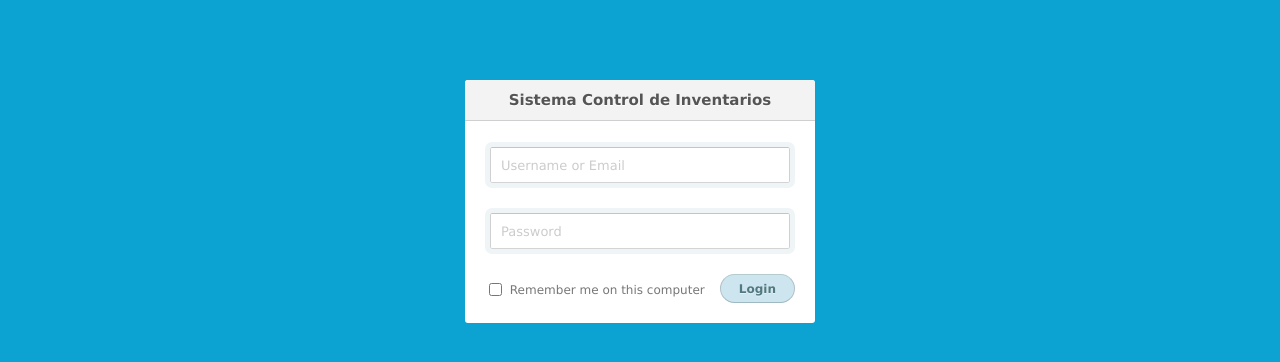
Repository: blessed-skate/InventoryControlSystem
Page: http://localhost/InventoryControlSystemPortal/jsp/login.jsp
The author's editor kept a copy of each file at every save. The page is drawn from the files as they stood at one save, then again after the next save.
The browser window is 1280 px wide. The pictures show the whole page.
The page is served by Tomcat 9. Nobody is signed in. The application's start-up code is not run. Other server files are loaded and not shown.

Above is the page before, as saved 2015-07-21 19:46:32.

### InventoryControlSystemPortal/WebContent/jsp/login.jsp
<!DOCTYPE html>
<html lang="en">
<head>
<meta charset="utf-8">
<meta http-equiv="X-UA-Compatible" content="IE=edge,chrome=1">
<title>Login Form</title>
<link rel="stylesheet" href="css/style.css">
</head>
<body>
	<div class="container">
		<div class="login">
			<h1>Sistema Control de Inventarios</h1>
			<form method="post" action="index.html">
				<p>
					<input type="text" name="j_username" value=""
						placeholder="Username or Email">
				</p>
				<p>
					<input type="password" name="j_password" value=""
						placeholder="Password">
				</p>
				<p class="remember_me">
					<label> <input type="checkbox" name="remember_me"
						id="remember_me"> Remember me on this computer
					</label>
				</p>
				<p class="submit">
					<input type="submit" name="commit" value="Login">
				</p>
			</form>
		</div>
	</div>
</body>
</html>

### InventoryControlSystemPortal/WebContent/css/style.css
body {
	font: 13px/20px 'Lucida Grande', Tahoma, Verdana, sans-serif;
	color: #404040;
	background: #0ca3d2;
}

.container {
	margin: 80px auto;
	width: 640px;
}

.login {
	position: relative;
	margin: 0 auto;
	padding: 20px 20px 20px;
	width: 310px;
	background: white;
	border-radius: 3px; @ include box-shadow(0 0 200px rgba(white, .5), 0
	1px 2px rgba(black, .3)); &: before { content : '';
	position: absolute;
	top: -8px;
	right: -8px;
	bottom: -8px;
	left: -8px;
	z-index: -1;
	background: rgba(black, .08);
	border-radius: 4px;
}

h1 {
	margin: -20px -20px 21px;
	line-height: 40px;
	font-size: 15px;
	font-weight: bold;
	color: #555;
	text-align: center;
	text-shadow: 0 1px white;
	background: #f3f3f3;
	border-bottom: 1px solid #cfcfcf;
	border-radius: 3px 3px 0 0;
	@
	include
	linear-gradient(top,
	whiteffd,
	#eef2f5);
	@
	include
	box-shadow(0
	1px
	#f5f5f5);
}

p {
	margin: 20px 0 0;
}

p:first-child {
	margin-top: 0;
}

input[type=text], input[type=password] {
	width: 278px;
}

p.remember_me {
	float: left;
	line-height: 31px; label { font-size : 12px;
	color: #777;
	cursor: pointer;
}

input {
	position: relative;
	bottom: 1px;
	margin-right: 4px;
	vertical-align: middle;
}

}
p.submit {
	text-align: right;
}

}
.login-help {
	margin: 20px 0;
	font-size: 11px;
	color: white;
	text-align: center;
	text-shadow: 0 1px #2a85a1; a { color : #cce7fa;
	text-decoration: none;
	&:
	hover
	{
	text-decoration
	:
	underline;
}

}
}
:-moz-placeholder {
	color: #c9c9c9 !important;
	font-size: 13px;
}

::-webkit-input-placeholder {
	color: #ccc;
	font-size: 13px;
}

input {
	font-family: 'Lucida Grande', Tahoma, Verdana, sans-serif;
	font-size: 14px;
}

input[type=text], input[type=password] {
	margin: 5px;
	padding: 0 10px;
	width: 200px;
	height: 34px;
	color: #404040;
	background: white;
	border: 1px solid;
	border-color: #c4c4c4 #d1d1d1 #d4d4d4;
	border-radius: 2px;
	outline: 5px solid #eff4f7;
	-moz-outline-radius: 3px; // Can we get this on WebKit please? @include
	box-shadow(inset 0 1px 3px rgba(black, .12)); &: focus { border-color :
	#7dc9e2;
	outline-color: #dceefc;
	outline-offset: 0;
	//
	WebKit
	sets
	this
	to
	-1
	by
	default
}

}
input[type=submit] {
	padding: 0 18px;
	height: 29px;
	font-size: 12px;
	font-weight: bold;
	color: #527881;
	text-shadow: 0 1px #e3f1f1;
	background: #cde5ef;
	border: 1px solid;
	border-color: #b4ccce #b3c0c8 #9eb9c2;
	border-radius: 16px;
	outline: 0; @ include box-sizing(content-box); // Firefox sets this to
	border-box by default @include linear-gradient(top, #edf5f8, #cde5ef);
	@ include box-shadow(inset 0 1px white, 0 1px 2px rgba(black, .15)); &:
	active { background : #cde5ef;
	border-color: #9eb9c2 #b3c0c8 #b4ccce;
	@
	include
	box-shadow(inset
	0
	0
	3px
	rgba(black,
	.2));
}

}
.lt-ie9 {input [type=text], input[type=password] { line-height:34px;

}
}

After the next save:
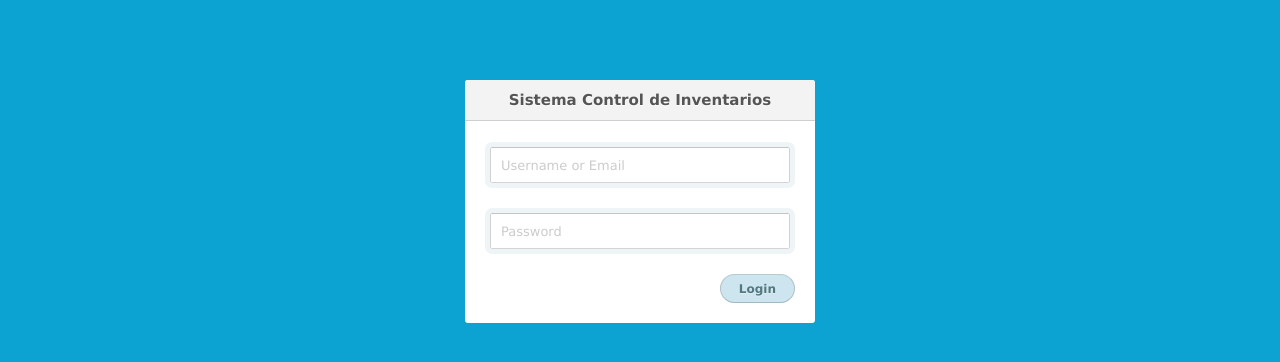
Saved 72 s later.
--- a/InventoryControlSystemPortal/WebContent/jsp/login.jsp
+++ b/InventoryControlSystemPortal/WebContent/jsp/login.jsp
@@ -19,11 +19,6 @@
 					<input type="password" name="j_password" value=""
 						placeholder="Password">
 				</p>
-				<p class="remember_me">
-					<label> <input type="checkbox" name="remember_me"
-						id="remember_me"> Remember me on this computer
-					</label>
-				</p>
 				<p class="submit">
 					<input type="submit" name="commit" value="Login">
 				</p>
